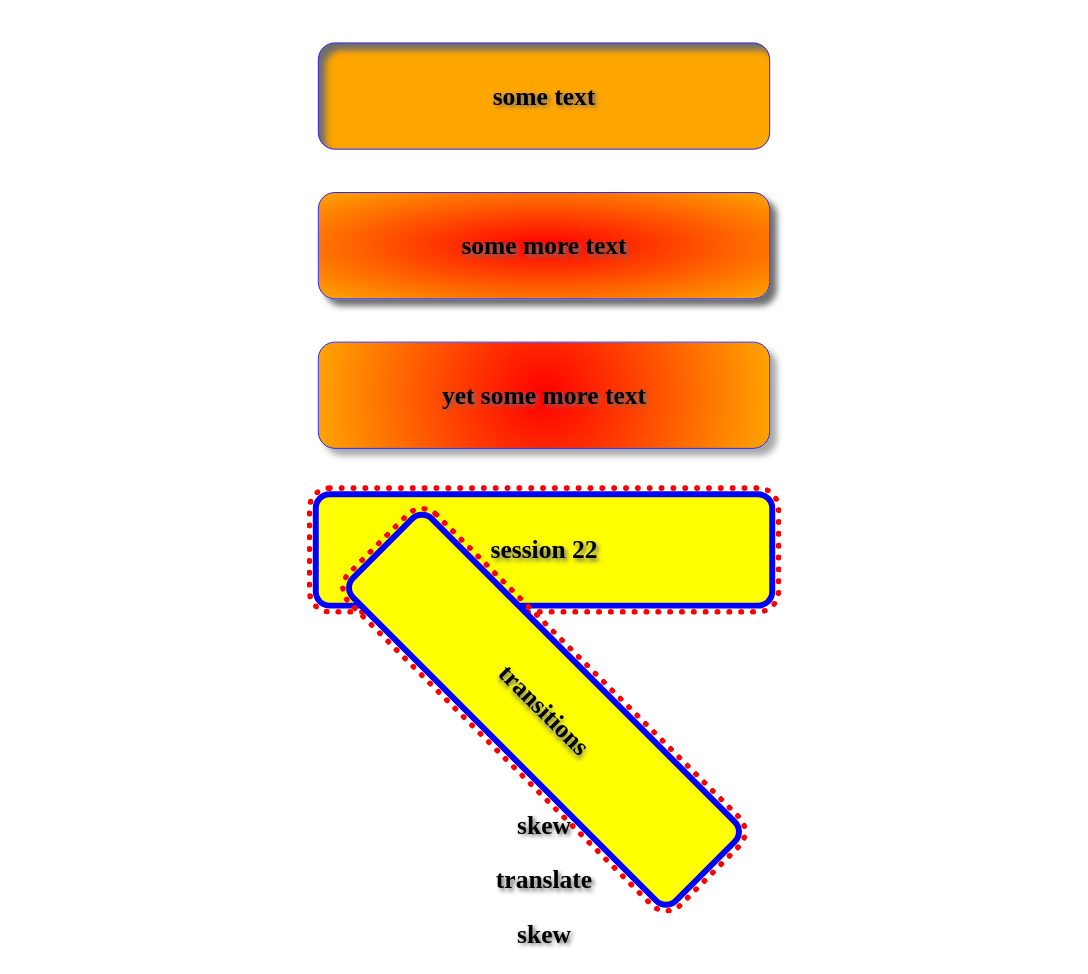
Repository: jksfoTemp/html-css-js
Page: -HTML5/html5Demos/default.8.html
The author's editor kept a record of every edit. The page is drawn from the files as they stood at one moment, then again after the next edit.
The browser window is 1280 px wide. The pictures show the whole page, at 85% of full size.

Above is the page before.

### -HTML5/html5Demos/default.8.html
<!doctype html>
<html lang="en">
    <head>
        <meta charset="utf-8" />
        <title>Default 8, rounded corners, box shadow, text shadow, linear and
        radial gradient, skew, rotation, sizing and translation; parts 20, 21, 22; 2:36:00</title>
        <link rel="stylesheet" href="css/default.8.css" />
    </head>

    <body>
        <div id="box1">
            <p id="text">some text</p>
        </div>

        <div id="box2">
            <p id="text">some more text</p>
        </div>

        <div id="box3">
            <p id="text">yet some more text</p>
        </div>

        <div id="box4">
            <p id="text">session 22</p>
        </div>

        <div id="box5">
            <p id="text">transitions</p>
        </div>

        <div id="box6">
            <p id="text">skew</p>
        </div>

        <div id="box7">
            <p id="text">translate</p>
        </div>

        <div id="box8">
            <p id="text">skew</p>
        </div>



</html>

### -HTML5/css/default.8.css
body  {
    text-align: center;
}

#box1 {
    display:  box;
    width: 500px;
    margin: 50px auto;
    padding: 15px;
    text-align: center;
    border: 1px solid blue;
    background: orange;
    border-radius: 20px;
    box-shadow: rgb(110, 110, 110) 8px 8px 8px inset;
    /* RGB, offset to left and right, offset up and down, amountof gradient, optional layout */
}

#box2 {
    display:  box;
    width: 500px;
    margin: 50px auto;
    padding: 15px;
    text-align: center;
    border: 1px solid blue;
    /* background: -webkit-linear-gradient(top, black, white) ; */
    /* background: -webkit-linear-gradient(45deg, black, white); */
    background: -webkit-radial-gradient(center, ellipse, red 0%, orange) ;
    border-radius: 20px;
    box-shadow: rgb(110, 110, 110) 8px 8px 8px ;
    /* RGB, offset to left and right, offset up and down, amountof gradient, optional layout */
}

#box3 {
    display:  box;
    width: 500px;
    margin: 50px auto;
    padding: 15px;
    text-align: center;
    border: 1px solid blue;
    /* background: -webkit-linear-gradient(top, black, white) ; */
    /* background: -webkit-linear-gradient(45deg, black, white); */
    background: -webkit-radial-gradient(center, circle, red 0%, orange) ;
    border-radius: 20px;
    box-shadow: rgba(110, 110, 110, 0.6) 8px 8px 8px ;  /* the less the alpha value the lighter the shadow will be */
    /* RGB, offset to left and right, offset up and down, amountof gradient, optional layout */
}

#box4 {
    display:  box;
    width: 500px;
    margin: 50px auto;
    padding: 15px;
    text-align: center;
    border: 7px solid blue;
    background: yellow;
    border-radius: 20px;
    outline: 7px dotted red;
}

#box5 {
    display:  box;
    width: 500px;
    margin: 50px auto;
    padding: 15px;
    text-align: center;
    border: 7px solid blue;
    background: yellow;
    border-radius: 20px;
    outline: 7px dotted red;
    /*-webkit-transform:scale(1.5);
    -webkit-transform:scale(1, 3);
    -webkit-transform:scale(-1,1);*/
    -webkit-transform:rotate(45deg);
}


#box5 {
    display:  box;
    width: 500px;
    margin: 50px auto;
    padding: 15px;
    text-align: center;
    border: 7px solid blue;
    background: yellow;
    border-radius: 20px;
    outline: 7px dotted red;
    /*-webkit-transform:scale(1.5);
    -webkit-transform:scale(1, 3);
    -webkit-transform:scale(-1,1);*/
    -webkit-transform:rotate(45deg);

}

#text{
    font: bold 30px Century Gothic;
    text-shadow: rgb(110, 110, 110) 3px 3px 5px ;
}

After the next edit:
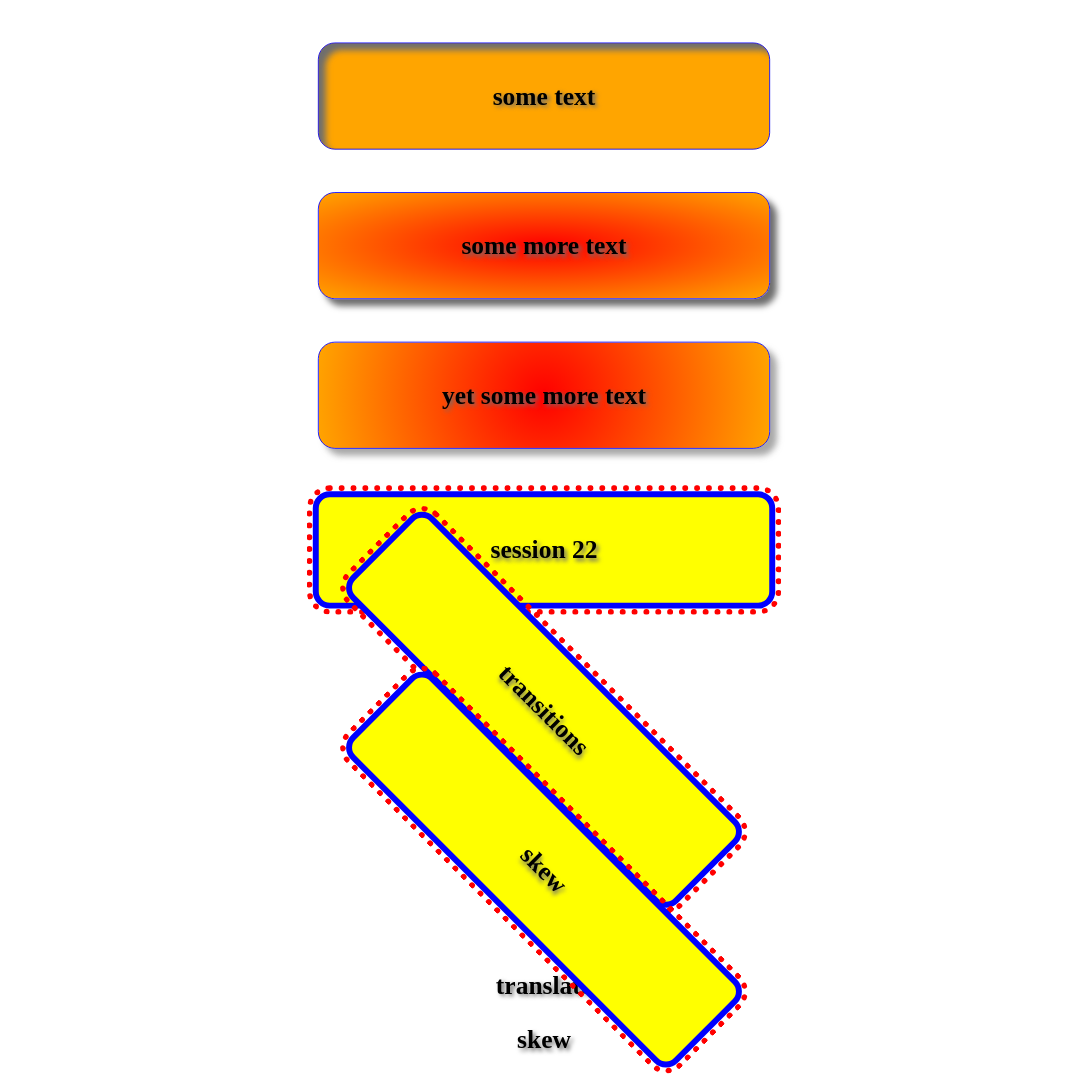
The edit:
--- a/-HTML5/css/default.8.css
+++ b/-HTML5/css/default.8.css
@@ -74,7 +74,7 @@
 }
 
 
-#box5 {
+#box6 {
     display:  box;
     width: 500px;
     margin: 50px auto;
